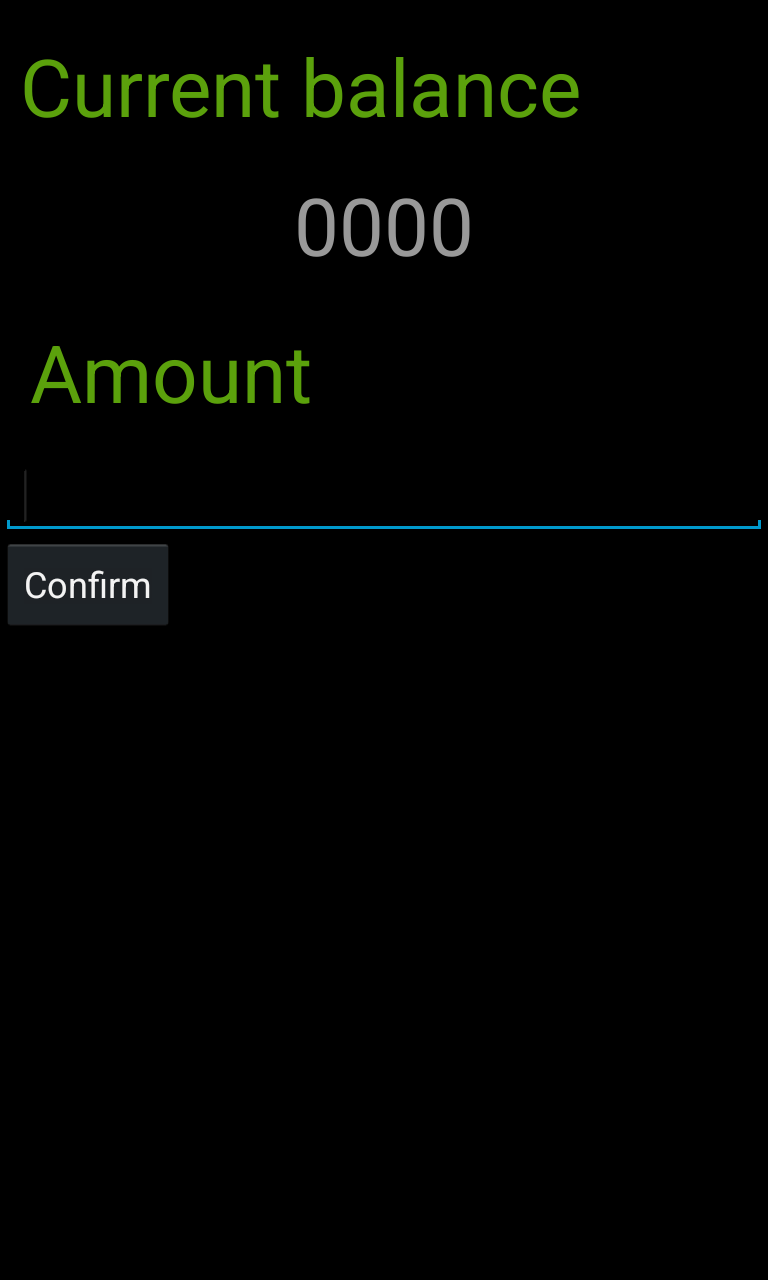
Repository: rrafols/EcoHack
Layout: EcoWalletAndroid/res/layout/payment_layout.xml
An editor plug-in stored every save of this project. The layout is shown before and after the next save, followed by the edit.
It is drawn on a 768 x 1280 px phone screen (xhdpi) without system bars, with theme android:Theme.Holo; the app's code is not run.

Above is the layout before, as saved 2014-02-23 05:22:40.

After the next save:
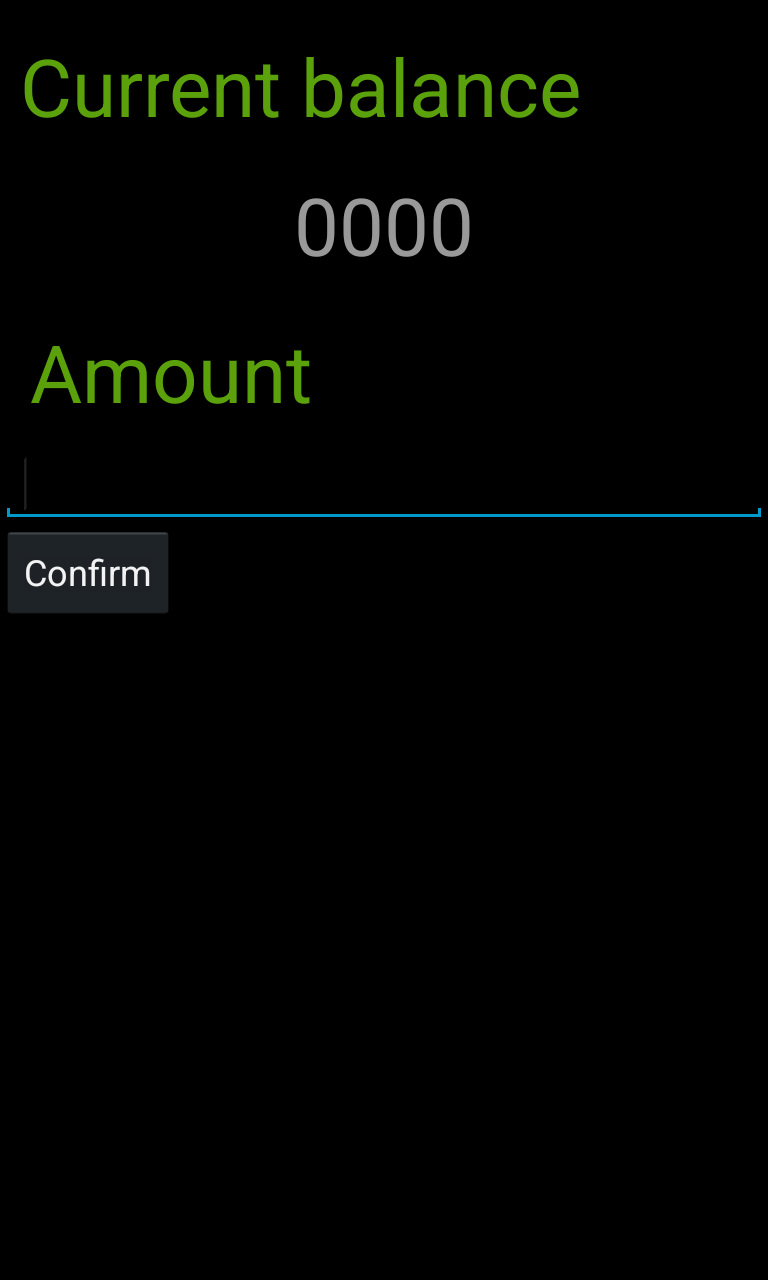
Saved 8 s later.
--- a/EcoWalletAndroid/res/layout/payment_layout.xml
+++ b/EcoWalletAndroid/res/layout/payment_layout.xml
@@ -37,7 +37,7 @@
         android:layout_height="wrap_content"
         android:layout_marginLeft="15dp"
         android:layout_marginTop="20dp"
-        android:layout_marginBottom="16dp"
+        android:layout_marginBottom="10dp"
         android:text="Amount"
         android:textAppearance="?android:attr/textAppearanceLarge"
         android:textColor="#5BA10C"
